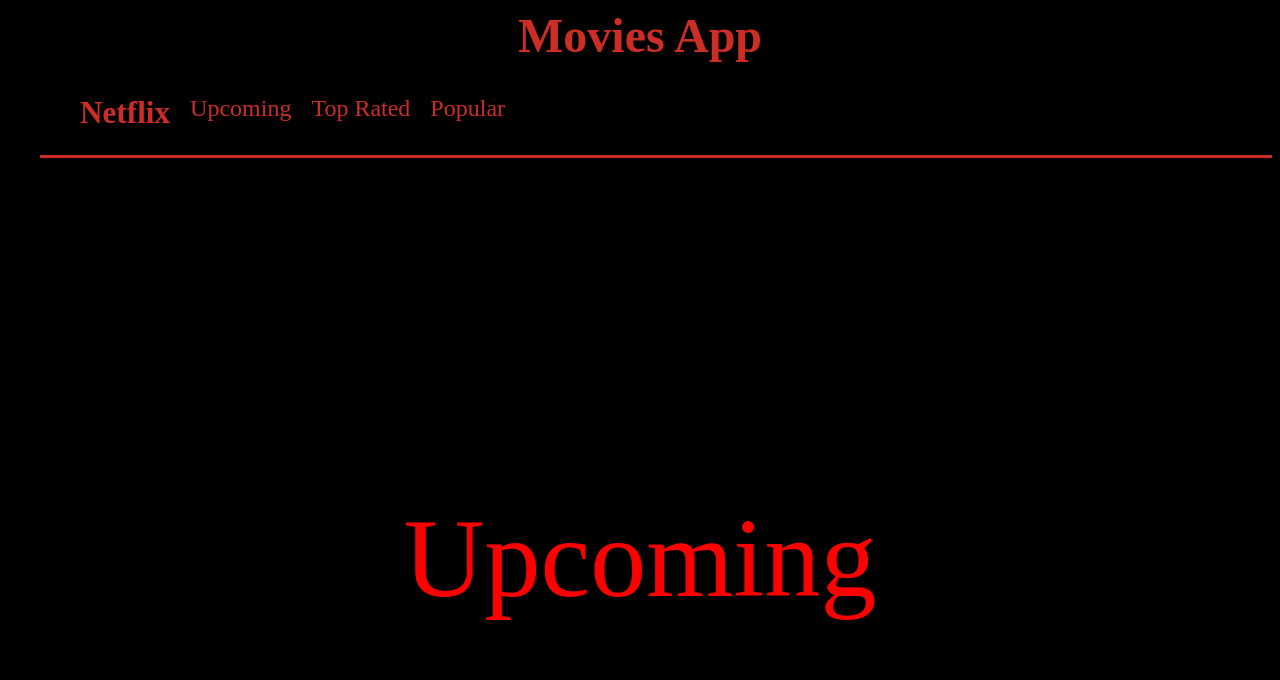
Repository: runner855/movie-app
Page: /
The author's editor kept a copy of each file at every save. The page is drawn from the files as they stood at one save, then again after the next save.
The browser window is 1280 px wide. The pictures show the whole page.
The project was rebuilt for these pictures with package versions that can differ from the ones it lists, and the page was loaded fresh each time. Also part of the build but not shown: src/styles/TopRated.css, src/components/TopRated.tsx, src/styles/Popular.css, src/components/Popular.tsx.

Above is the page before, as saved 2022-11-16 17:25:36.

### src/index.tsx
import React from "react";
import ReactDOM from "react-dom/client";
import { BrowserRouter } from "react-router-dom";
import "./styles/index.css";
import { App } from "./components/App";

const root = ReactDOM.createRoot(
  document.getElementById("root") as HTMLElement
);
root.render(
  <React.StrictMode>
    <BrowserRouter>
      <App />
    </BrowserRouter>
  </React.StrictMode>
);

### src/styles/index.css
body {
  background-color: #000000;
}

code {
  font-family: source-code-pro, Menlo, Monaco, Consolas, "Courier New",
    monospace;
}

### src/components/App.tsx
import React from "react";
import "../styles/App.css";
import { BrowserRouter as Router, Routes, Route, Link } from "react-router-dom";
import { NavBar } from "../components/NavBar";
import { TopRated } from "../components/TopRated";
import { Upcoming } from "./Upcoming";
import { Popular } from "./Popular";

export const App = () => {
  return (
    <div className="App">
      <div className="title">Movies App</div>
      <NavBar />
      <Routes>
        <Route path="/" element={<Upcoming />} />

        <Route path="/top-rated" element={<TopRated />} />
        <Route path="/popular" element={<Popular />} />
      </Routes>
    </div>
  );
};

### src/styles/App.css
.title {
  color: #cc2e25;
  text-align: center;
  font-weight: bold;
  font-size: 3em;
}

### src/components/NavBar.tsx
import * as React from "react";
import "../styles/NavBar.css";
import { Link } from "react-router-dom";

export const NavBar = () => {
  return (
    <header className="navbar">
      <nav>
        <ul>
          <li className="logo">Netflix</li>
          <li>
            <Link className="item" to="/">
              Upcoming
            </Link>
          </li>
          <li>
            <Link className="item" to="/top-rated">
              Top Rated
            </Link>
          </li>
          <li>
            <Link className="item" to="/popular">
              Popular
            </Link>
          </li>
        </ul>
      </nav>
    </header>
  );
};

### src/components/Upcoming.tsx
import React from "react";
import "../styles/Upcoming.css";

export const Upcoming = () => {
  return <div className="upcoming_page">Upcoming</div>;
};

### src/styles/NavBar.css
ul {
  text-align: left;
  list-style: none;
  font-size: 1.5em;
  display: flex;
}
ul li {
  margin-right: 20px;
  color: #cc2e25;
}

a {
  text-decoration: none;
}

a,
a:visited,
a:hover,
a:active {
  color: inherit;
}

.navbar {
  margin: 2em 0em 0em 2em;
}
a:hover {
  border-bottom: solid 3px #cc2e25;
}

.logo {
  font-weight: bold;
  font-size: 1.3em;
}

.navbar {
  border-bottom: #cc2e25 solid 0.2em;
}

### src/styles/Upcoming.css
.upcoming_page {
  color: red;
  text-align: center;
  margin-top: 3em;
  font-size: 7em;
}

### src/components/MoviesFilter.tsx
import * as React from "react";
import "../styles/MoviesFilter.css";

export const MoviesFilter = () => {
  return (
    <div className="movie_search">
      <input
        className="search-input"
        type="search"
        // onChange={(e) => setValue(e.target.value)}
        // value={value}
        placeholder={"Find Your Tasks"}
      />
    </div>
  );
};

### src/styles/MoviesFilter.css
.movie_search {
  color: red;
}

Loaded but not shown: public/index.html (common file)

After the next save:
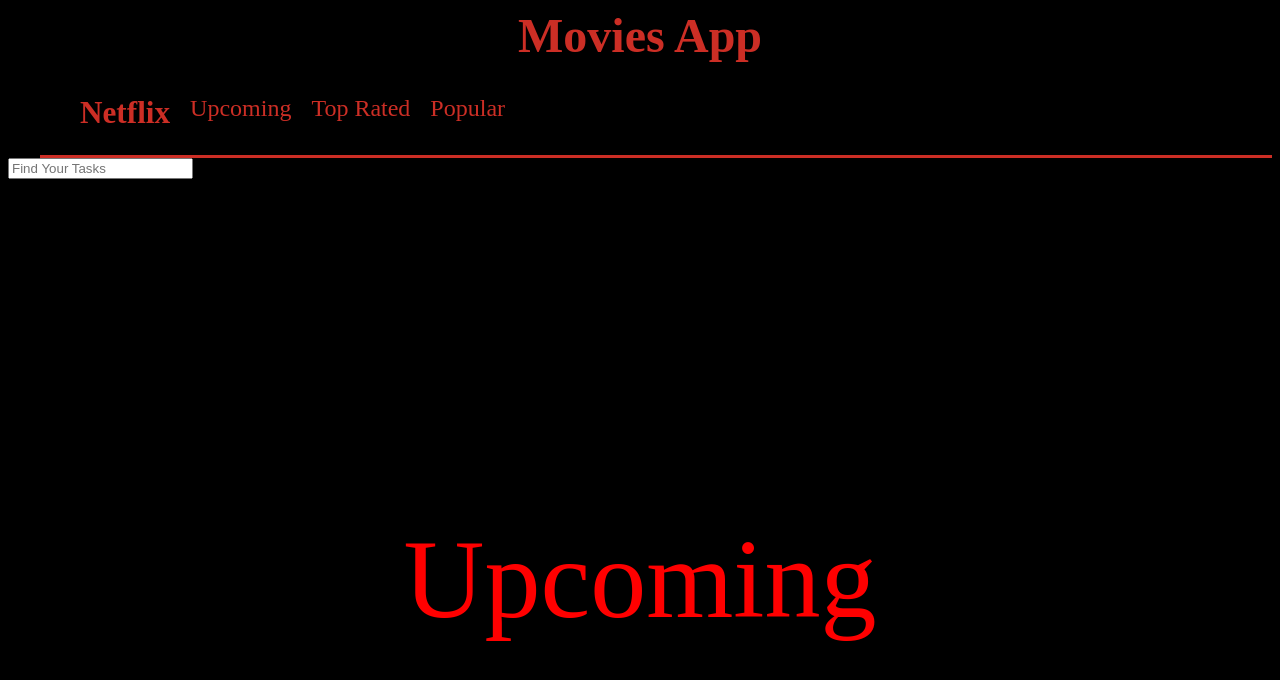
Saved 25 s later.
--- a/src/components/App.tsx
+++ b/src/components/App.tsx
@@ -1,16 +1,19 @@
 import React from "react";
 import "../styles/App.css";
 import { BrowserRouter as Router, Routes, Route, Link } from "react-router-dom";
+
 import { NavBar } from "../components/NavBar";
 import { TopRated } from "../components/TopRated";
 import { Upcoming } from "./Upcoming";
 import { Popular } from "./Popular";
+import { MoviesFilter } from "./MoviesFilter";
 
 export const App = () => {
   return (
     <div className="App">
       <div className="title">Movies App</div>
       <NavBar />
+      <MoviesFilter />
       <Routes>
         <Route path="/" element={<Upcoming />} />
 
